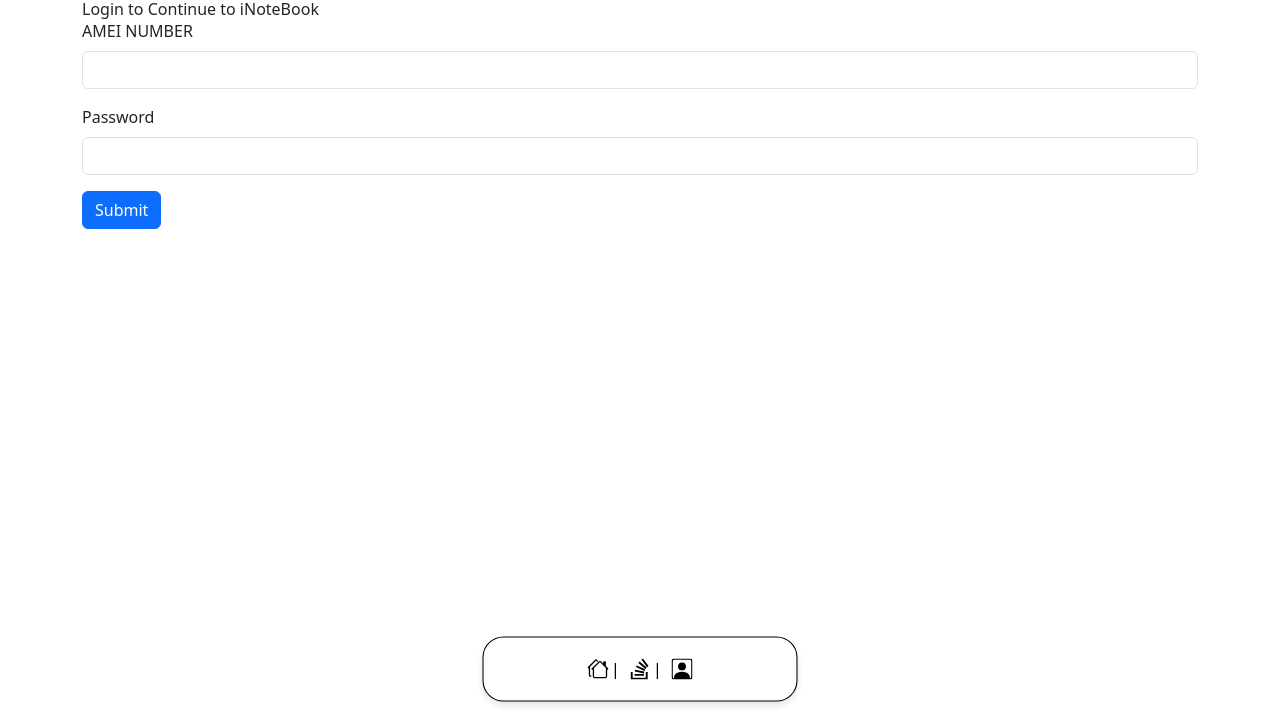
Repository: shash0708/GMR-Lines
Page: /login (app in frontend/)
The author's editor kept a copy of each file at every save. The page is drawn from the files as they stood at one save, then again after the next save.
The browser window is 1280 px wide. The pictures show the whole page.
The pointer rests on the first visible `.navbar`.
The page's requests for data from a server got no answer. The project was rebuilt for these pictures with package versions that can differ from the ones it lists, and the page was loaded fresh each time. No one was signed in, and anything a server would have sent is missing. Also part of the build but not shown: frontend/src/components/Buttons/Buttons.component.jsx, frontend/src/components/Home/Home.component.jsx, frontend/src/components/Form/Form.css, frontend/src/components/speedDail/SpeedDail.component.jsx, frontend/src/components/Form/Form.component.jsx, frontend/src/components/Card/Card.jsx, frontend/src/components/Card/Card.css, frontend/src/components/Card/Card.component.jsx and 4 more.

Above is the page before, as saved 2024-09-08 23:35:36.

After the next save:
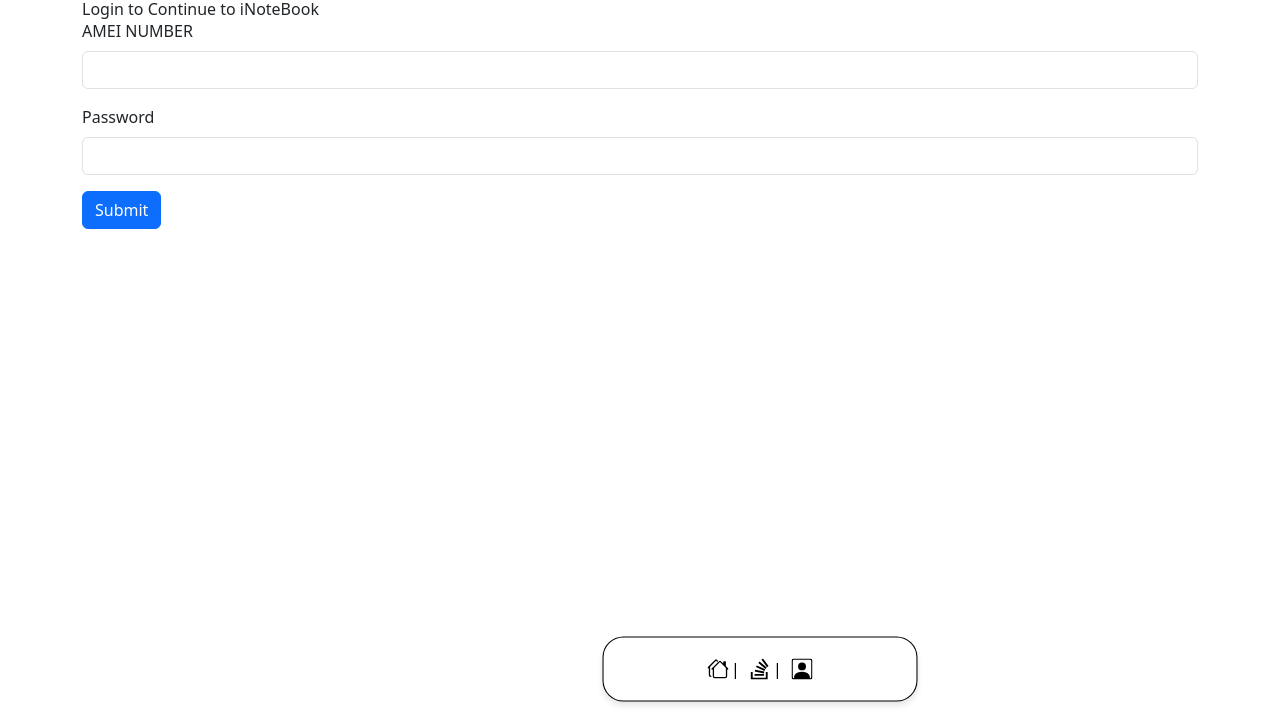
Saved 39 s later.
--- a/frontend/src/components/Header/Navbar.css
+++ b/frontend/src/components/Header/Navbar.css
@@ -30,7 +30,7 @@
 
 .navbar:hover {
     width: 300px; /* Adjust width on hover */
-    transform: translateX(-50%) scale(1.05); /* Center Navbar and slightly zoom out */
+    transform: translateX(-10%) scale(1.05); /* Center Navbar and slightly zoom out */
 }
 
 .navbar-items {

After the save that followed:
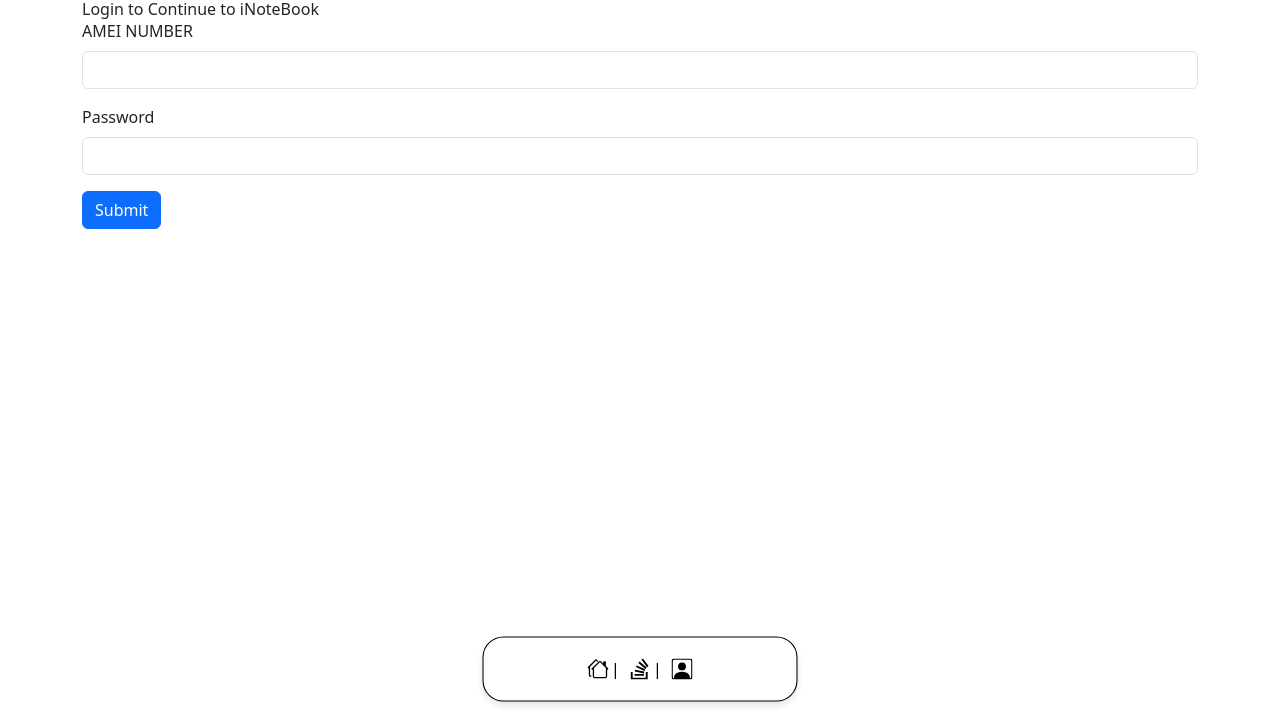
Saved 7 s later.
--- a/frontend/src/components/Header/Navbar.css
+++ b/frontend/src/components/Header/Navbar.css
@@ -30,7 +30,7 @@
 
 .navbar:hover {
     width: 300px; /* Adjust width on hover */
-    transform: translateX(-10%) scale(1.05); /* Center Navbar and slightly zoom out */
+    transform: translateX(-50%) scale(1.05); /* Center Navbar and slightly zoom out */
 }
 
 .navbar-items {
